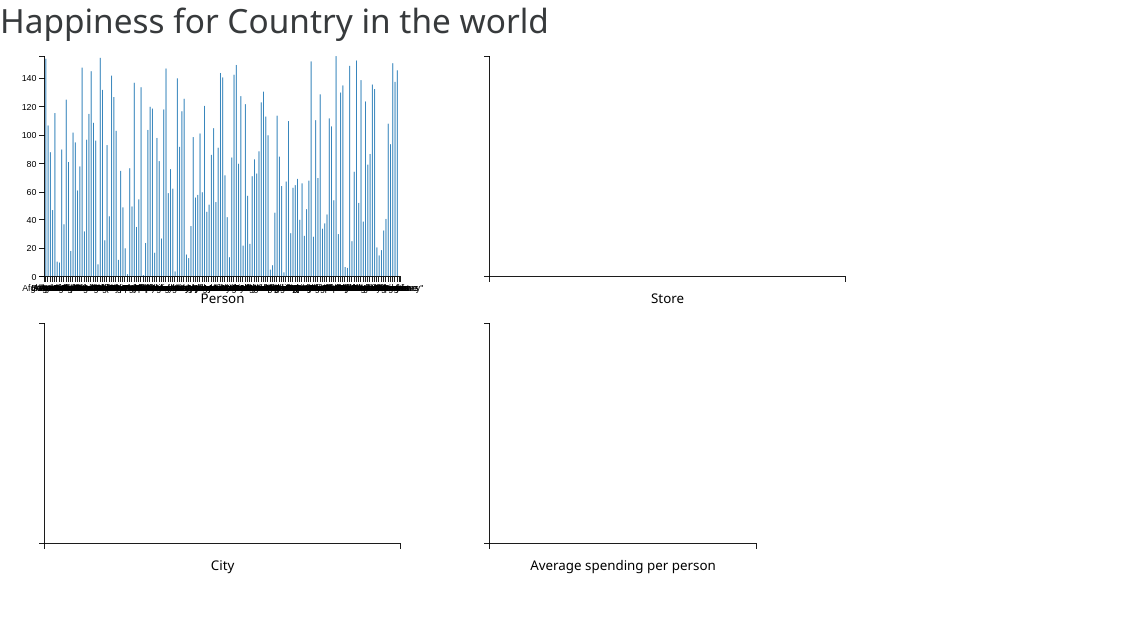
Repository: Baal89/second-milestone-project
Page: index.html
The author's editor kept a record of every edit. The page is drawn from the files as they stood at one moment, then again after the next edit.
The browser window is 1280 px wide. The pictures show the whole page, at 89% of full size.

Above is the page before.

After the next edit:
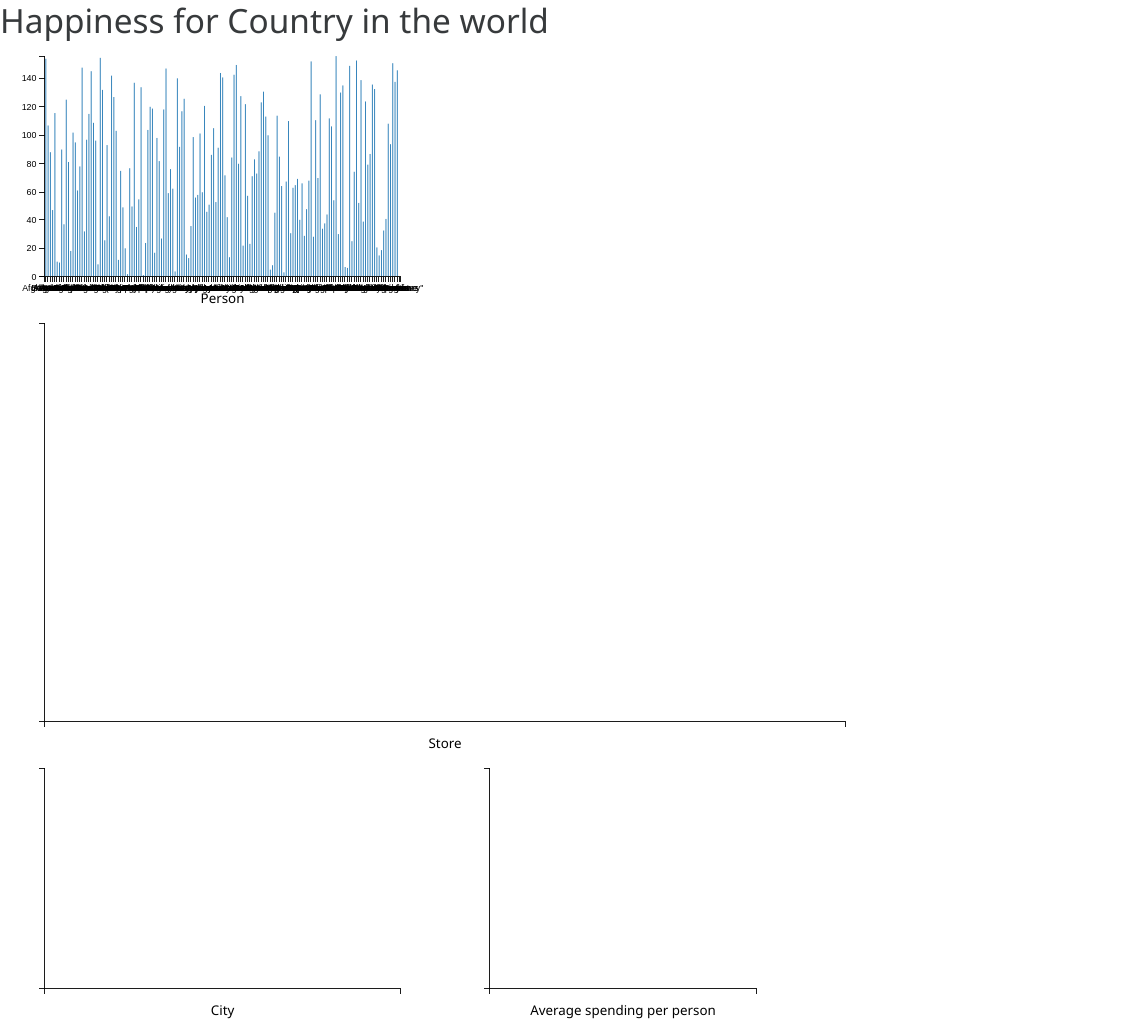
The edit:
--- a/static/js/graph.js
+++ b/static/js/graph.js
@@ -40,8 +40,8 @@
     var group = dim.group().reduceSum(dc.pluck("spend"));
 
     dc.barChart("#spending-per-store")
-       .width(500)
-       .height(300)
+       .width(1000)
+       .height(500)
        .margins({top: 10, right: 50, bottom: 30, left: 50})
        .dimension(dim)
        .group(group)
